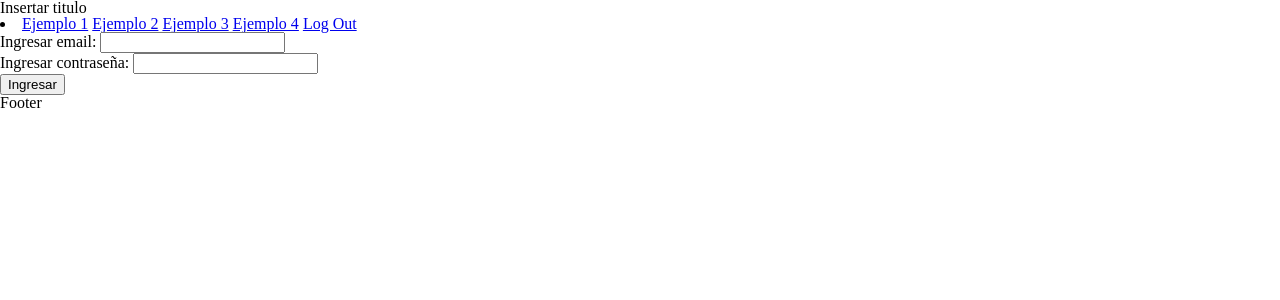
Repository: FacundoKinderknecht/Parcial-2-LPPA
Page: main/main.html
An editor plug-in stored every save of this project. The page is shown before and after the next save, followed by the edit.
The browser window is 1280 px wide. The pictures show the whole page.

Above is the page before, as saved 2022-07-06 10:58:28.

After the next save:
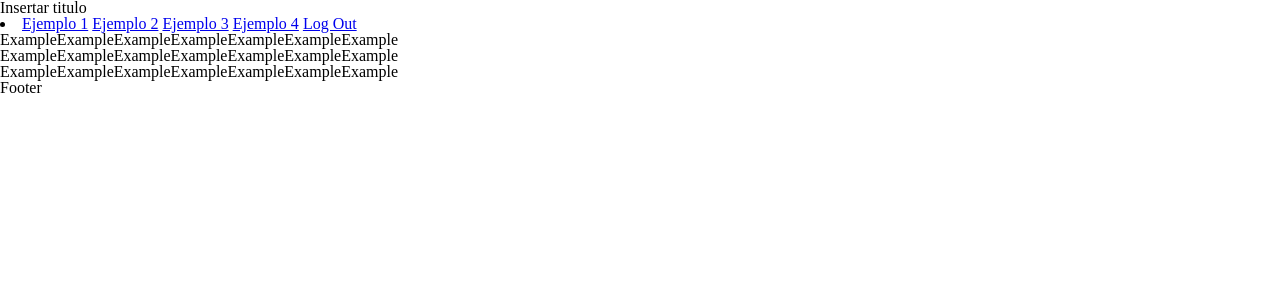
Saved 101 s later.
--- a/main/main.html
+++ b/main/main.html
@@ -24,16 +24,10 @@
     </nav>
     <main>
         <form>
-            <div class="email">
-                <label for="email">Ingresar email:</label>
-                <input type="text" name="email" id="email">
-            </div>
-            <div class="contraseña">
-                <label for="contraseña">Ingresar contraseña:</label>
-                <input type="password" name="contraseña" id="contraseña">
-            </div>
-            <div class="boton">
-                <input type="submit" value="Ingresar">
+            <div class="info">
+                <p>ExampleExampleExampleExampleExampleExampleExample</p>
+                <p>ExampleExampleExampleExampleExampleExampleExample</p>
+                <p>ExampleExampleExampleExampleExampleExampleExample</p>
             </div>
         </form>
     </main>
